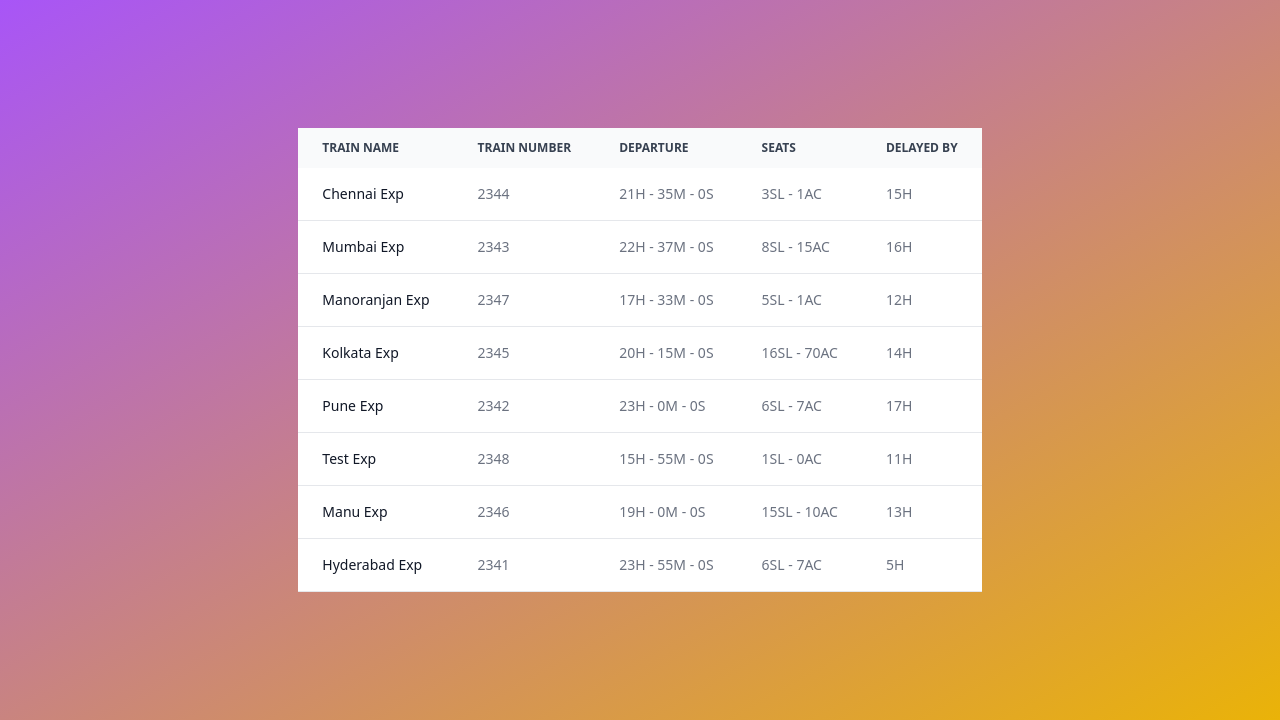
Repository: theanmol-raj/2010080029
Page: /
The author's editor kept a copy of each file at every save. The page is drawn from the files as they stood at one save, then again after the next save.
The browser window is 1280 px wide. The pictures show the whole page.
The project was rebuilt for these pictures with package versions that can differ from the ones it lists, and the page was loaded fresh each time. Also part of the build but not shown: src/components/IndividualTrainINfo.jsx.

Above is the page before, as saved 2023-04-29 20:54:04.

After the next save:
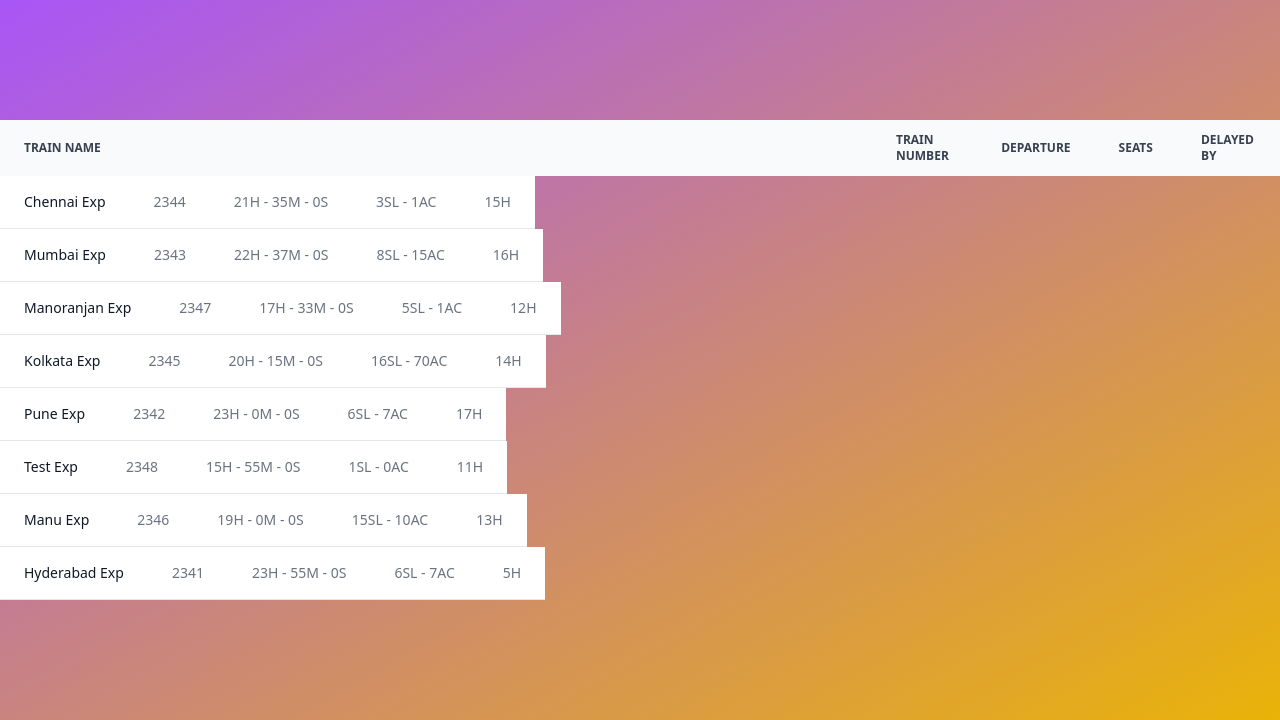
Saved 50 s later.
--- a/src/components/TrainINfo.jsx
+++ b/src/components/TrainINfo.jsx
@@ -27,7 +27,9 @@
               </tr>
             </thead>
             <tbody>
-            {data.map((item ,index) =>  <tr class="bg-white border-b dark:bg-gray-800 dark:border-gray-700" key={index}>
+            {data.map((item ,index) =>  <button>
+                <a>
+                <tr class="bg-white border-b dark:bg-gray-800 dark:border-gray-700" key={index}>
                 <th
                   scope="row"
                   class="px-6 py-4 font-medium text-gray-900 whitespace-nowrap dark:text-white"
@@ -38,7 +40,9 @@
                 <td class="px-6 py-4">{item.departureTime.Hours}H - {item.departureTime.Minutes}M - {item.departureTime.Seconds}S</td>
                 <td class="px-6 py-4">{item.seatsAvailable.sleeper}SL - {item.seatsAvailable.AC}AC</td>
                 <td class="px-6 py-4">{item.delayedBy}H</td>
-              </tr> )}
+              </tr>
+            </a>
+            </button> )}
 
 
 

After the 2 saves that followed:
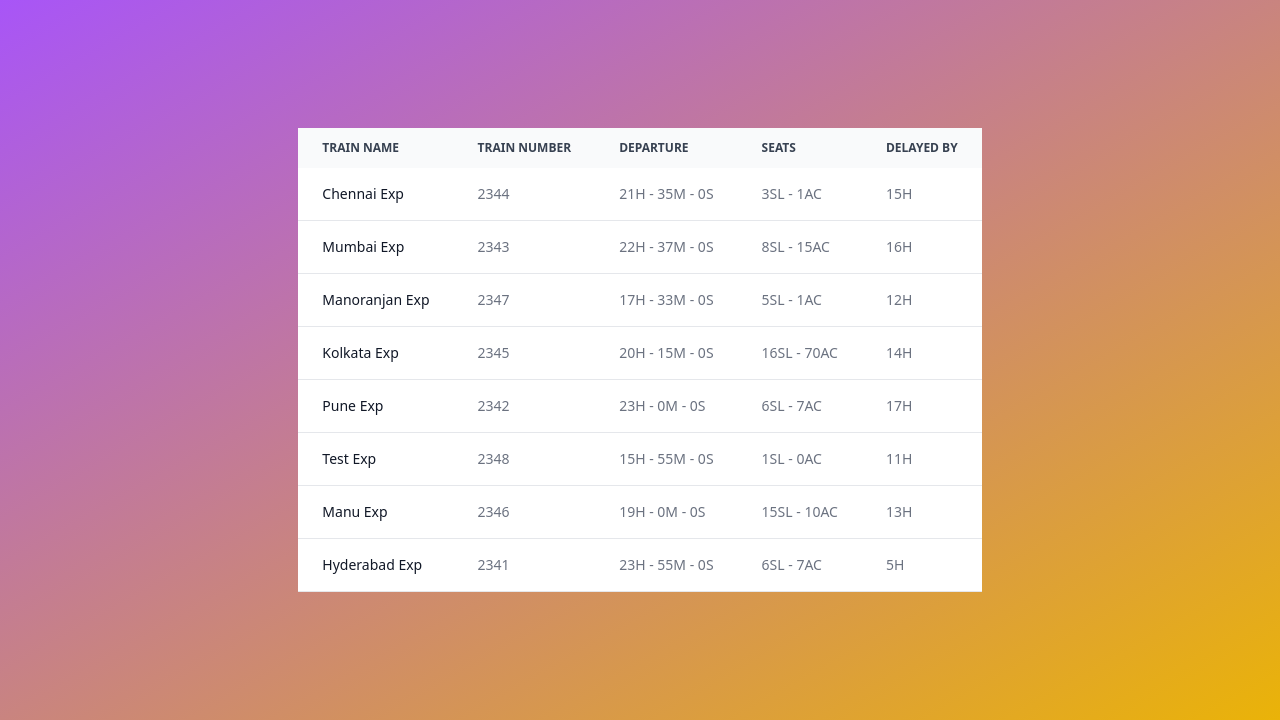
The 2 saves are shown as one change because 1 left the picture as it was.
The last was saved 2 min 12 s later.
--- a/src/components/TrainINfo.jsx
+++ b/src/components/TrainINfo.jsx
@@ -1,6 +1,6 @@
 import React from "react";
 
-function TrainINfo({data}) {
+function TrainINfo({data,setter}) {
   return (
     <div className=" flex justify-center items-center h-screen bg-gradient-to-br from-purple-500 to-yellow-500">
       {" "}
@@ -27,22 +27,18 @@
               </tr>
             </thead>
             <tbody>
-            {data.map((item ,index) =>  <button>
-                <a>
-                <tr class="bg-white border-b dark:bg-gray-800 dark:border-gray-700" key={index}>
+            {data.map((item ,index) =>  <tr class="bg-white border-b dark:bg-gray-800 dark:border-gray-700" key={index}>
                 <th
                   scope="row"
                   class="px-6 py-4 font-medium text-gray-900 whitespace-nowrap dark:text-white"
                 >
-                  {item.trainName}
+                  <a href={`/${index}`}><button onClick={()=>setter(index)}>{item.trainName}</button></a>
                 </th>
-                <td class="px-6 py-4">{item.trainNumber}</td>
+                <td class="px-6 py-4"><a href={`/${index}`}><button onClick={()=>setter(index)}>{item.trainNumber}</button></a></td>
                 <td class="px-6 py-4">{item.departureTime.Hours}H - {item.departureTime.Minutes}M - {item.departureTime.Seconds}S</td>
                 <td class="px-6 py-4">{item.seatsAvailable.sleeper}SL - {item.seatsAvailable.AC}AC</td>
                 <td class="px-6 py-4">{item.delayedBy}H</td>
-              </tr>
-            </a>
-            </button> )}
+              </tr> )}
 
 
 
